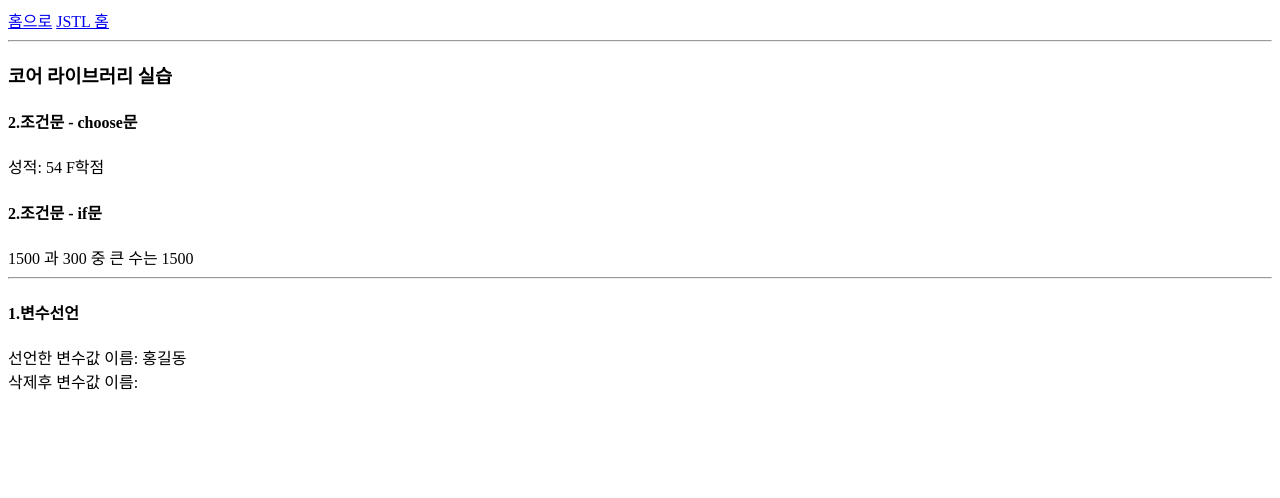
Repository: linklifejo/study_web
Page: http://localhost/servlet02/jstl/core.jsp
These files come from the project's save history. The page is drawn as it stood at one moment and after the next save; the edit follows.
The browser window is 1280 px wide. The pictures show the whole page.
The page is served by Tomcat 9. Other server files are loaded and not shown.

Above is the page before, as saved 2023-02-07 03:32:04.

### servlet02/src/main/webapp/jstl/core.jsp
<%@ page language="java" contentType="text/html; charset=UTF-8"
    pageEncoding="UTF-8"%>
<%@ taglib uri="http://java.sun.com/jsp/jstl/core" prefix="c" %>
<!DOCTYPE html>
<html>
<head>
<meta charset="UTF-8">
<title>Insert title here</title>
</head>
<body>
<a href='../'>홈으로</a>
<a href='index.jsp'>JSTL 홈</a>
<hr>
<h3>코어 라이브러리 실습</h3>
<h4>2.조건문 - choose문</h4>
<c:set var='score' value='54'/>
<c:choose>
	<c:when test='${score-90 >= 0}'><c:set var='grade' value='A'/></c:when>
	<c:when test='${score-80 >= 0}'><c:set var='grade' value='B'/></c:when>
	<c:when test='${score-70 >= 0}'><c:set var='grade' value='C'/></c:when>
	<c:when test='${score-60 >= 0}'><c:set var='grade' value='D'/></c:when>
	<c:otherwise><c:set var='grade' value='F'/></c:otherwise>
</c:choose>
<div>성적: ${score} ${grade}학점</div>
<h4>2.조건문 - if문</h4>
<c:set var='no1' value='1500'/>
<c:set var='no2' value='300'/>
<div>
${no1} 과 ${no2} 중 큰 수는
	<c:if test='${no1 gt (no2-0)}'>
	${no1}
	</c:if>
	<c:if test='${(no1-0) lt no2}'>
	${no2}
	</c:if>
</div>
<hr>
<h4>1.변수선언</h4>
<c:set var="name" value="홍길동"/>
<div>선언한 변수값 이름: ${name}</div>
<c:remove var="name" />
<div>삭제후 변수값 이름: ${name}</div>
</body>
</html>

After the next save:
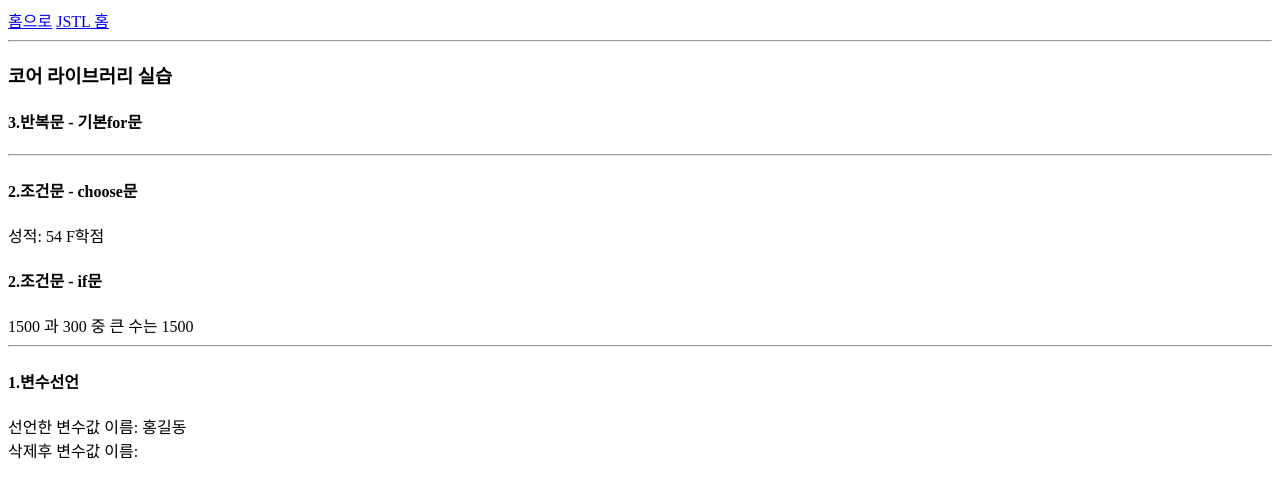
Saved 3 min 50 s later.
--- a/servlet02/src/main/webapp/jstl/core.jsp
+++ b/servlet02/src/main/webapp/jstl/core.jsp
@@ -12,6 +12,10 @@
 <a href='index.jsp'>JSTL 홈</a>
 <hr>
 <h3>코어 라이브러리 실습</h3>
+<h4>3.반복문 - 기본for문</h4>
+
+
+<hr>
 <h4>2.조건문 - choose문</h4>
 <c:set var='score' value='54'/>
 <c:choose>
